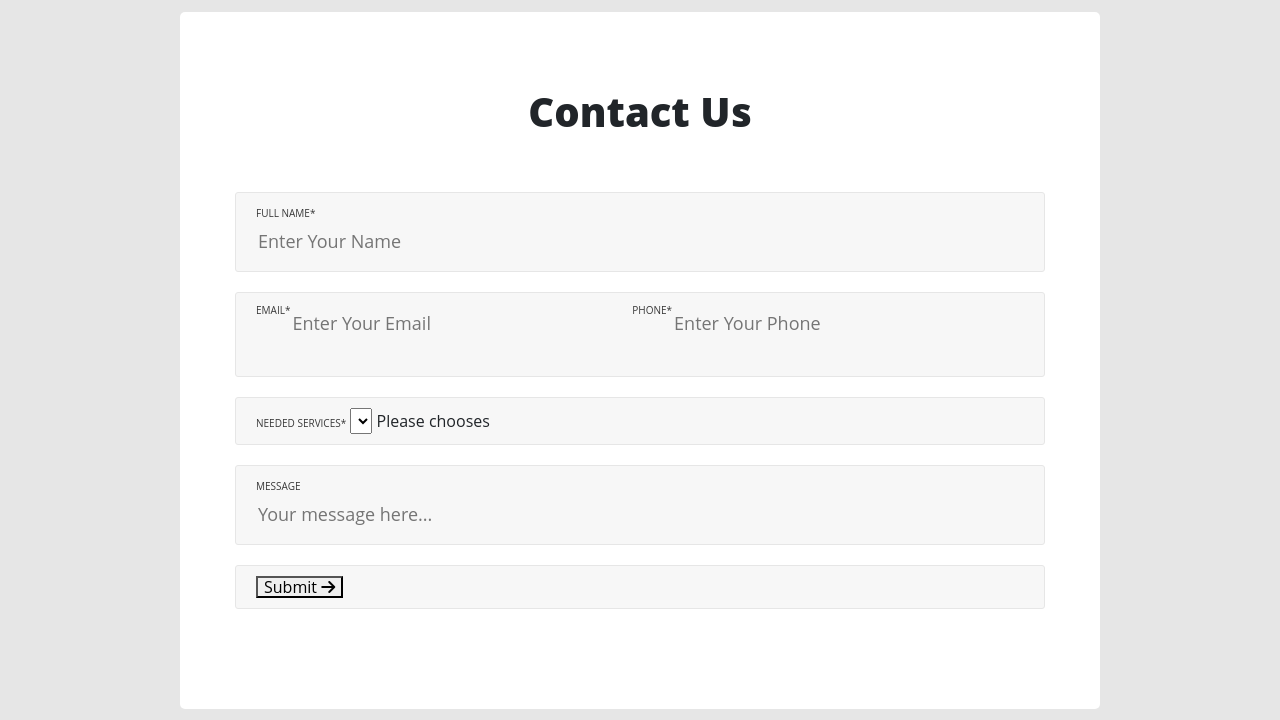
Repository: letrongtinh27/LapTrinhWeb
Page: form-contact/index.html
An editor plug-in stored every save of this project. The page is shown before and after the next save, followed by the edit.
The browser window is 1280 px wide. The pictures show the whole page.

Above is the page before, as saved 2022-10-09 11:37:25.

After the next save:
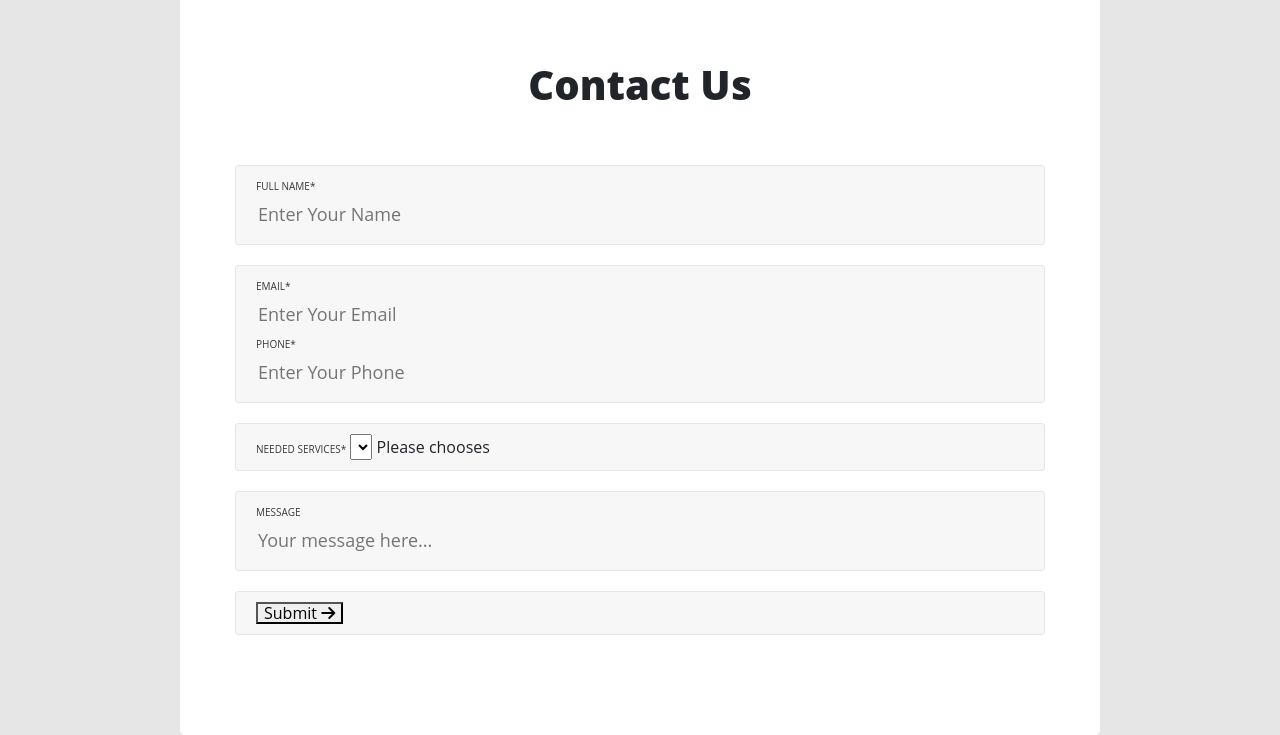
Saved 6 s later.
--- a/form-contact/style.css
+++ b/form-contact/style.css
@@ -32,8 +32,6 @@ body {
 }
 
 .form-group-2 {
-    height: 85px;
-    display: flex;
     justify-content: space-between;
 }
 .form-input{
